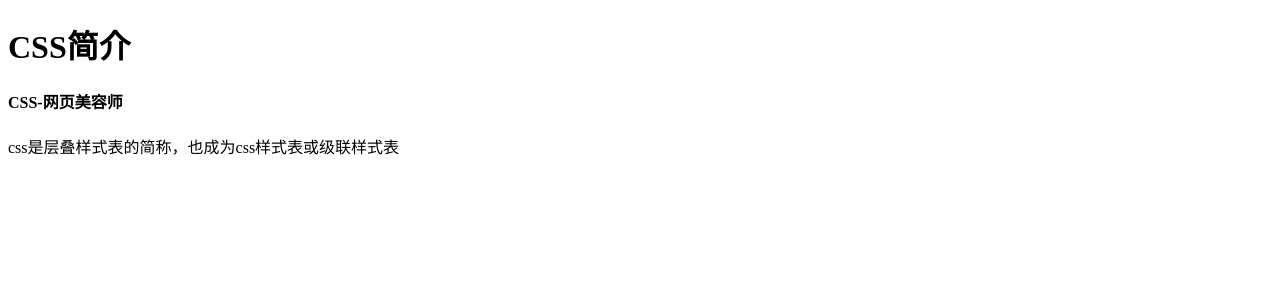
Repository: zhengdeya/web-based
Page: 11-CSS简介.html
These files come from the project's save history. The page is drawn as it stood at one moment and after the next save; the edit follows.
The browser window is 1280 px wide. The pictures show the whole page.

Above is the page before, as saved 2021-03-28 10:35:31.

After the next save:
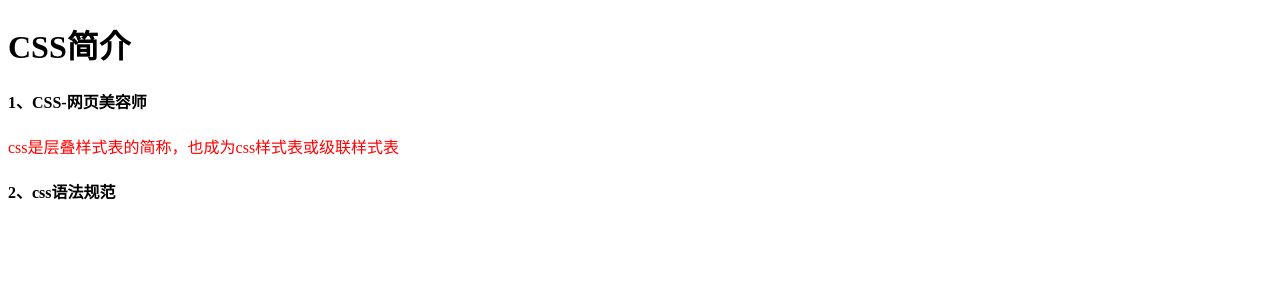
Saved 2 min 42 s later.
--- a/11-CSS简介.html
+++ b/11-CSS简介.html
@@ -5,12 +5,20 @@
     <meta http-equiv="X-UA-Compatible" content="IE=edge">
     <meta name="viewport" content="width=device-width, initial-scale=1.0">
     <title>CSS简介</title>
+    <style>
+        /* 选择器{样式} */
+        p{
+            color: red;
+        }
+    </style>
 </head>
 <body>
     <div>
         <h1>CSS简介</h1>
-        <h4>CSS-网页美容师</h4>
+        <h4>1、CSS-网页美容师</h4>
         <p>css是层叠样式表的简称，也成为css样式表或级联样式表</p>
+        <h4>2、css语法规范</h4>
+        <p></p>
     </div>
 </body>
 </html>
